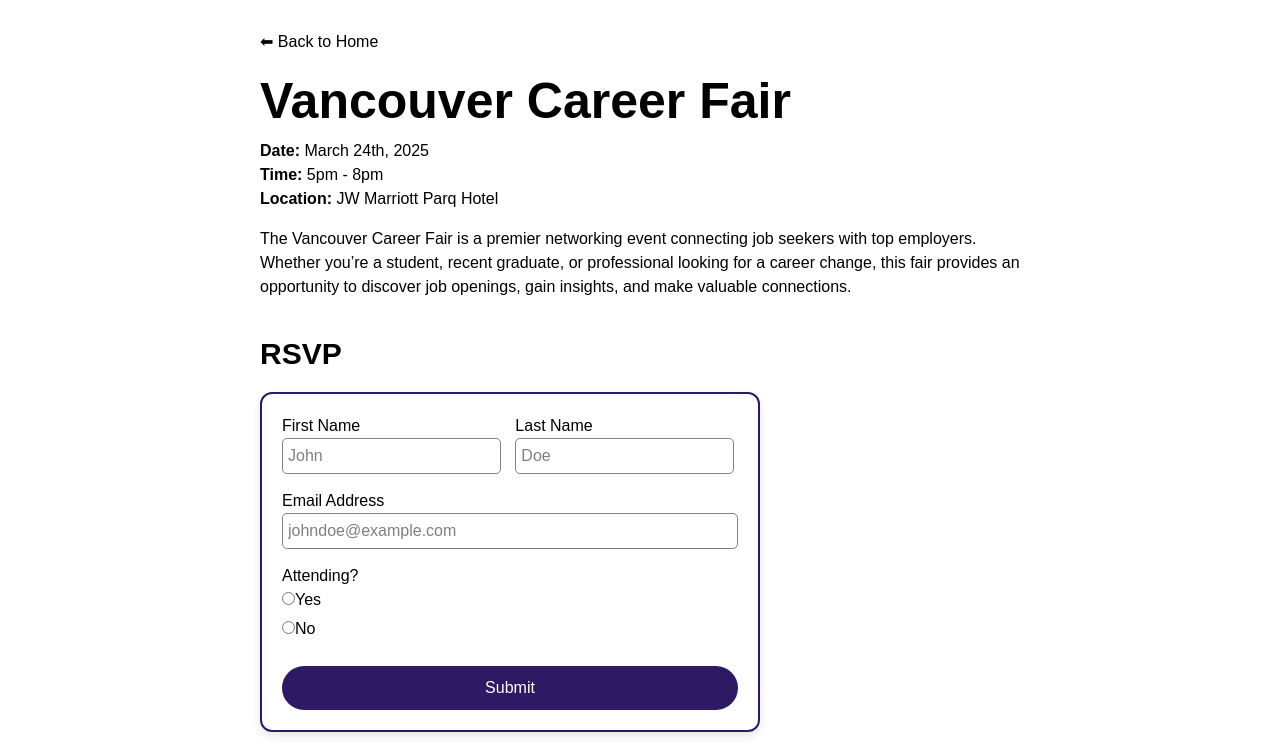
Repository: Jennica1/FULLSTACK-FINAL-PROJ
Page: /event (app in rsvp-app/frontend/)
The author's editor kept a copy of each file at every save. The page is drawn from the files as they stood at one save, then again after the next save.
The browser window is 1280 px wide. The pictures show the part of the page from y = 600 to 1352 px (the page is 1352 px tall before and 1328 px after).
The project was rebuilt for these pictures with package versions that can differ from the ones it lists, and the page was loaded fresh each time. The framework's server and built-in components were replaced by stand-ins that run in the browser. Also part of the build but not shown: rsvp-app/frontend/next.config.mjs.

Above is the page before, as saved 2025-03-22 21:38:06.

After the next save:
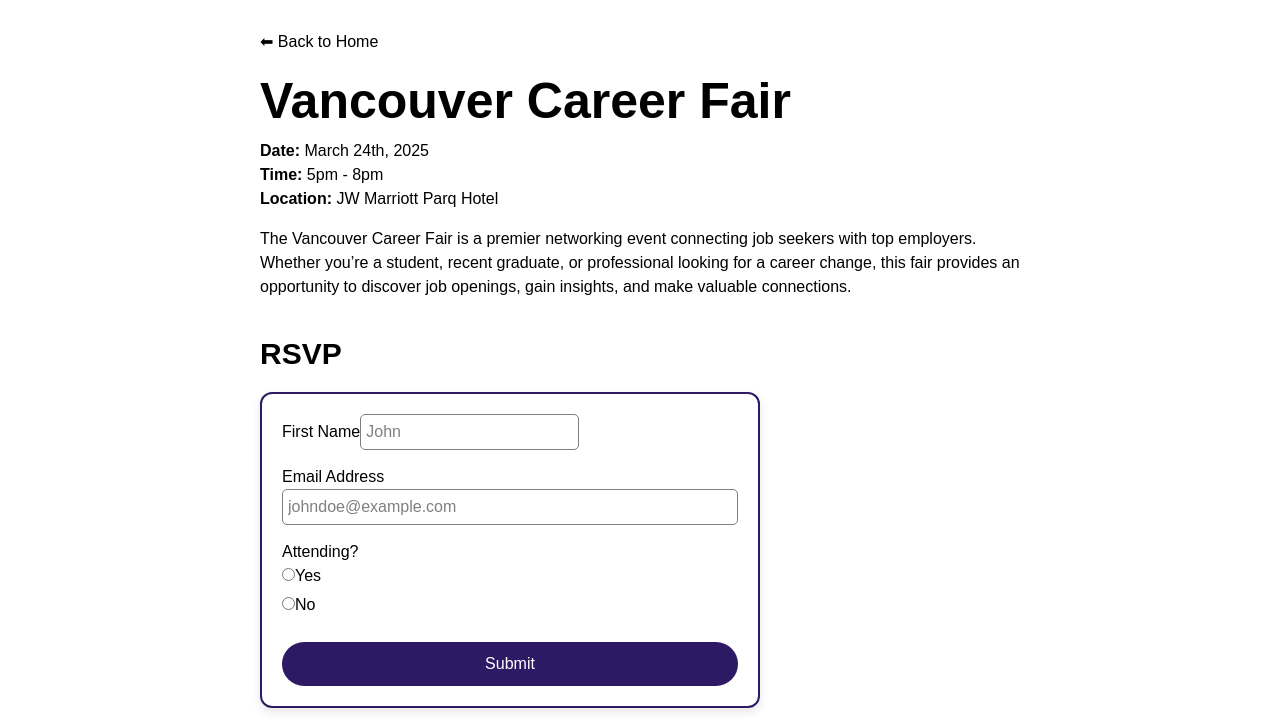
Saved 66 s later.
--- a/rsvp-app/frontend/app/event/page.js
+++ b/rsvp-app/frontend/app/event/page.js
@@ -67,15 +67,7 @@ export default function EventPage() {
                   required
                 />
               </div>
-              <div>
-                <label>Last Name</label>
-                <input
-                  style={styles.textBox}
-                  type="text"
-                  placeholder="Doe"
-                  required
-                />
-              </div>
+
             </div>
 
             <div style={styles.fullWidth}>
